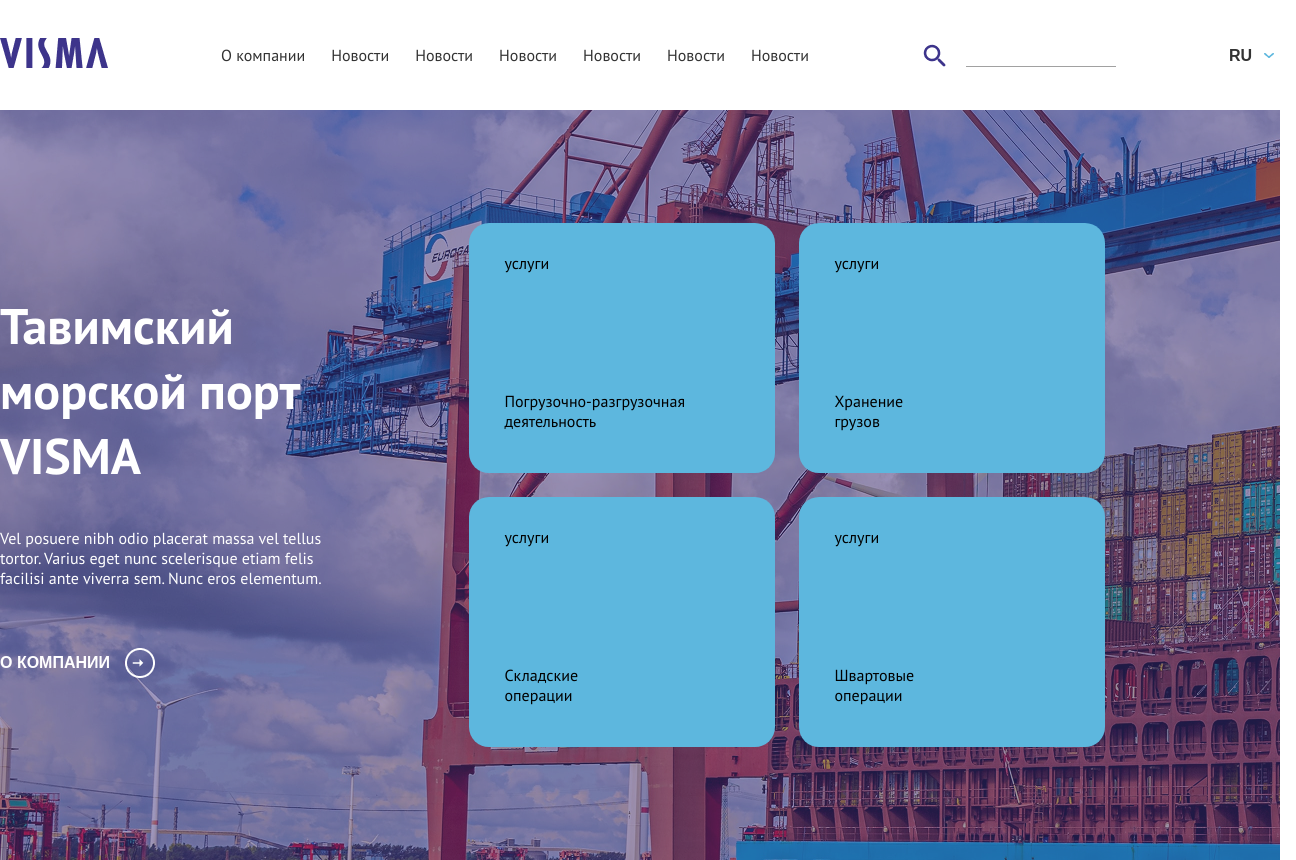
Repository: Shaiyr1/Visma
Page: index.html
These files come from the project's save history. The page is drawn as it stood at one moment and after a run of saves; the edit follows.
The browser window is 1280 px wide. The page is 1296 px wide, so the pictures cover 1296 px, including what lies to the right of the window. The pictures show the whole page.
The style sheet was rebuilt from its Sass, Less or Tailwind sources for each picture, by a compiler version that may differ from the author's.

Above is the page before, as saved 2026-09-15 14:45:19.

### index.html
<!DOCTYPE html>
<html lang="en">
<head>
    <meta charset="UTF-8">
    <meta http-equiv="X-UA-Compatible" content="IE=edge">
    <meta name="viewport" content="width=device-width, initial-scale=1.0">
    <link rel="stylesheet" href="./src/css/style.css">
    <title>Document</title>
</head>
<body>
    <header class="header">
        <nav class="header-nav">
            <a class="header-nav__link" href="#">
                <img class="header-nav__logo" src="./src/img/Vector (1).png" alt="logo">
            </a>
            <ul class="header-nav__ul">
                <li class="header-nav__li">
                    <a class="header-nav__li-link" href="#">О компании</a>
                </li>
                <li class="header-nav__li">
                    <a class="header-nav__li-link" href="#">Новости</a>
                </li>
                <li class="header-nav__li">
                    <a class="header-nav__li-link" href="#">Новости</a>
                </li>
                <li class="header-nav__li">
                    <a class="header-nav__li-link" href="#">Новости</a>
                </li>
                <li class="header-nav__li">
                    <a class="header-nav__li-link" href="#">Новости</a>
                </li>
                <li class="header-nav__li">
                    <a class="header-nav__li-link" href="#">Новости</a>
                </li>
                <li class="header-nav__li">
                    <a class="header-nav__li-link" href="#">Новости</a>
                </li>
            </ul>
            <label class="header-nav__label" for="">
                <img class="header-nav__icon" src="./src/img/ic_round-search.png" alt="icon">
                <input class="header-nav__input" type="search">
            </label>
            <select class="header-nav__select" name="" id="">
                <option class="header-nav__option" value="">RU</option>
                <option class="header-nav__option" value="">ENG</option>
            </select>
        </nav>
    </header>
    <main>
        <section class="home">
            <div class="container home__blocks">
                <div class="home-block">
                    <h1 class="home-block__title">Тавимский морской порт VISMA</h1>
                    <p class="home-block__subtitle">
                        Vel posuere nibh odio placerat massa vel tellus tortor. Varius eget nunc scelerisque etiam felis facilisi ante viverra sem. Nunc eros elementum.
                    </p>
                    <button class="home-block__btn">
                        О КОМПАНИИ
                        <img class="home-block__btn-icon" src="./src/img/Group 7.png" alt="">
                    </button>
                </div>
                <div class="home-services">
                    <div class="home-services__item">
                        <span class="home-services__item-span">услуги</span>
                        <p class="home-services__item-text">
                            Погрузочно-разгрузочная <br> деятельность
                        </p>
                    </div>
                    <div class="home-services__item">
                        <span class="home-services__item-span">услуги</span>
                        <p class="home-services__item-text">
                            Хранение <br> грузов
                        </p>
                    </div>
                    <div class="home-services__item">
                        <span class="home-services__item-span">услуги</span>
                        <p class="home-services__item-text">
                            Складские <br> операции
                        </p>
                    </div>
                    <div class="home-services__item">
                        <span class="home-services__item-span">услуги</span>
                        <p class="home-services__item-text">
                            Швартовые <br> операции
                        </p>
                    </div>
                </div>
            </div>
        </section>
    </main>
</body>

</html>

### src/scss/style.scss
* {
    margin: 0;
    padding: 0;
    box-sizing: border-box;
}

@import url('https://fonts.googleapis.com/css2?family=PT+Sans:ital,wght@0,400;0,700;1,400;1,700&display=swap');

body {
    font-family: "PT Sans", sans-serif;
}
.container {
    width: 1296px;
    margin: 0 auto;
}

@import "header";
@import "home";

### src/scss/header.scss
.header {

    &-nav {
        width: 1296px;
        height: 110px;
        margin: 0 auto;
        display: flex;
        align-items: center;
        gap: 113px;

        &__link {}

        &__logo {}

        &__ul {
            display: flex;
            align-items: center;
            justify-content: center;
            gap: 26px;
            list-style-type: none;
        }

        &__li {
            &-link {
                text-decoration: none;
                color: #333333;
                font-size: 16px;
            }
        }

        &__label {
            display: flex;
            align-items: flex-end;
            justify-content: center;
            gap: 20px;
        }

        &__icon {}

        &__input {
            width: 150px;
            border: none;
            outline: none;
            border-bottom: 1px solid rgb(161, 161, 161);
        }

        &__select {
            background: none;
            border: none;
            color: #333333;
            font-size: 16px;
            font-weight: bold;
            outline: none;
            appearance: none;
            padding-right: 30px;
            background-image: url("../img/material-symbols_keyboard-arrow-down-rounded.png");
            background-position: right 20px center;
            background-repeat: no-repeat;
        }
    }
}

### src/scss/home.scss
.home {
    width: 100%;
    height: 750px;
    background-image: url("../img/Rectangle\ 23\ \(6\).png");
    background-repeat: no-repeat;
    background-size: cover;
    padding: 113px 0;

    &__blocks {
        display: flex;
        align-items: center;
        gap: 134px;
    }

    &-block {
        width: 526px;

        &__title {
            color: #ffffff;
            text-align: left;
            font-weight: 700;
            font-size: 50px;
        }

        &__subtitle {
            width: 322px;
            margin: 40px 0 60px;
            color: #ffffff;
            text-align: left;
            font-size: 16px;
        }

        &__btn {
            width: 159px;
            height: 30px;
            display: flex;
            justify-content: flex-start;
            align-items: center;
            gap: 15px;
            border: none;
            outline: none;
            cursor: pointer;
            color: #ffffff;
            text-align: left;
            font-size: 16px;
            font-weight: 700;
            background: none;


            &-icon {}
        }
    }

    &-services {
        display: flex;
        flex-wrap: wrap;
        gap: 24px;

        &__item {
            background-color: #5db7de;
            width: 306px;
            height: 250px;
            border-radius: 20px;
            padding: 30px 35px;
            display: flex;
            flex-direction: column;
            align-items: flex-start;
            gap: 118px;

            &-span {}

            &-text {}
        }
    }
}

After the next 8 saves:
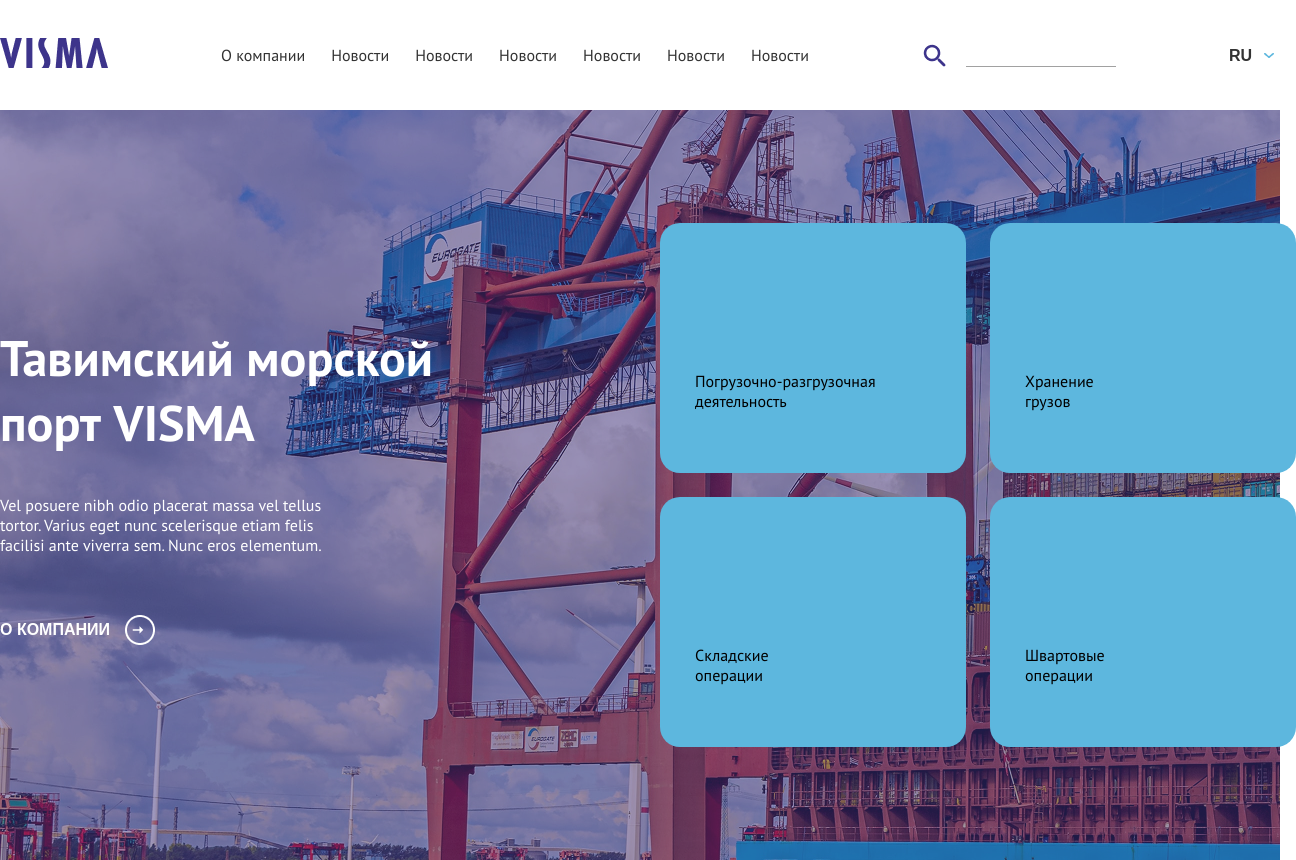
The 8 saves are shown as one change because 5 did not build or start and some came seconds apart.
The last was saved 2 min 53 s later.
--- a/index.html
+++ b/index.html
@@ -61,25 +61,25 @@
                 </div>
                 <div class="home-services">
                     <div class="home-services__item">
-                        <span class="home-services__item-span">услуги</span>
+                        <span class="home-services__item-span"></span>
                         <p class="home-services__item-text">
                             Погрузочно-разгрузочная <br> деятельность
                         </p>
                     </div>
                     <div class="home-services__item">
-                        <span class="home-services__item-span">услуги</span>
+                        <span class="home-services__item-span"></span>
                         <p class="home-services__item-text">
                             Хранение <br> грузов
                         </p>
                     </div>
                     <div class="home-services__item">
-                        <span class="home-services__item-span">услуги</span>
+                        <span class="home-services__item-span"></span>
                         <p class="home-services__item-text">
                             Складские <br> операции
                         </p>
                     </div>
                     <div class="home-services__item">
-                        <span class="home-services__item-span">услуги</span>
+                        <span class="home-services__item-span"></span>
                         <p class="home-services__item-text">
                             Швартовые <br> операции
                         </p>
--- a/src/scss/home.scss
+++ b/src/scss/home.scss
@@ -16,6 +16,7 @@
         width: 526px;
 
         &__title {
+            width: 526px;
             color: #ffffff;
             text-align: left;
             font-weight: 700;
@@ -67,7 +68,13 @@
             align-items: flex-start;
             gap: 118px;
 
-            &-span {}
+            &-span {
+                color: #ffffff;
+                text-align: left;
+                font-size: 13px;
+                font-weight: 700;
+
+            }
 
             &-text {}
         }
